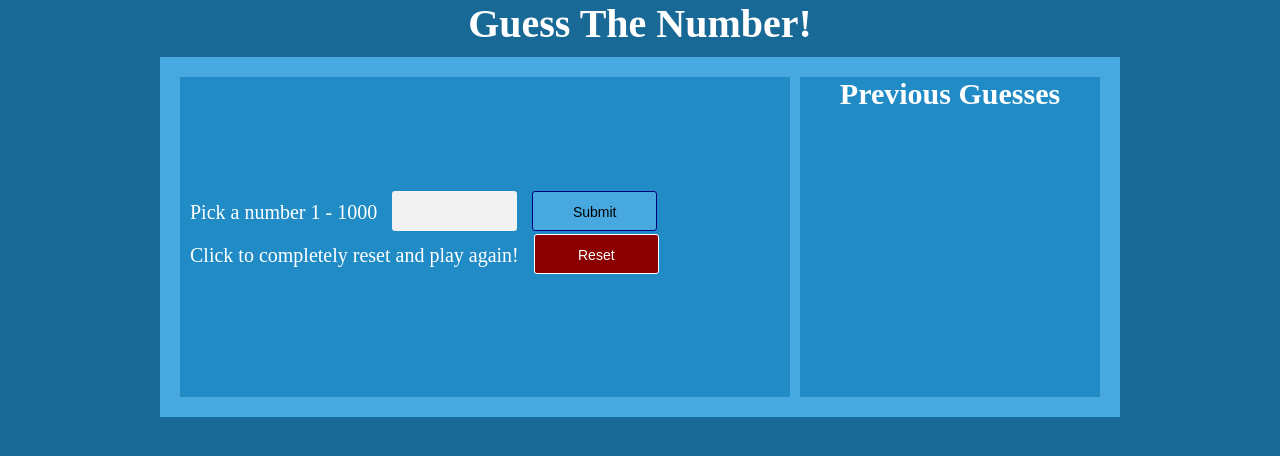
Repository: mlmEFSC21/P14-Guessing-Game
Page: guess.html
An editor plug-in stored every save of this project. The page is shown before and after the next save, followed by the edit.
The browser window is 1280 px wide. The pictures show the whole page.

Above is the page before, as saved 2022-03-19 14:36:26.

### guess.html
<!DOCTYPE html>
<html lang="en">
    <head>
        <meta charset="UTF-8" />
        <meta http-equiv="X-UA-Compatible" content="IE=edge" />
        <meta name="viewport" content="width=device-width, initial-scale=1.0" />
        <link rel="stylesheet" href="guess.css" />
        <script src="guess.js" defer></script>
        <title>Guessing Game</title>
    </head>
    <body>
        <header>
            <h1 class="pageTitle">Guess The Number!</h1>
        </header>
        <section>
            <div class="gameContainer" id="container">
                <div class="results" id="results">
                    <form action="#" class="inputForm">
                        <label for="guessInput">Pick a number 1 - 1000</label>
                        <input
                            type="text"
                            required
                            name="guessInput"
                            class="guessInput"
                            id="guessInput"
                        />
                        <input type="button" class="submitBtn" id="submitBtn" value="Submit" />
                        <label for="resetBtn">Click to completely reset and play again!</label>
                        <button type="reset" class="resetBtn" id="resetBtn" name="Reset">
                            Reset
                        </button>
                    </form>
                </div>
                <div class="guessesContainer" id="guessesContainer">
                    <h2>Previous Guesses</h2>
                    <ul class="guesses" id="guessList"></ul>
                </div>
            </div>
        </section>
    </body>
</html>

### guess.css
:root {
    --clr-primary: #218bc6;
    --clr-secondary: #48a9e0;
    --clr-tertiary: #196996;
}

*,
*::after,
*::before {
    box-sizing: border-box;
    margin: 0;
    padding: 0;
}
body {
    background-color: var(--clr-tertiary);
    color: white;
    font-size: 1.25rem;
}
.pageTitle {
    text-align: center;
}
.gameContainer {
    background-color: var(--clr-secondary);
    display: grid;
    max-width: 960px;
    height: 50vh;
    margin: 10px auto;
    padding: 20px;
    grid-template-columns: repeat(3, 1fr);
    grid-template-rows: repeat(3, 1fr);
    gap: 10px;
    align-items: center;
    justify-content: center;
}
.results {
    background-color: var(--clr-primary);
    display: flex;
    flex-direction: column-reverse;
    margin: 10px auto;
    padding: 10px;
    grid-column: 1 / 3;
    grid-row: 1 / 4;
    height: 100%;
    justify-content: center;
    align-items: center;
    overflow: hidden;
}
.inputForm {
    display: flex;
    flex-wrap: wrap;
}
label {
    margin-right: 15px;
    margin-block: 10px;
}
input {
    border: none;
    -webkit-appearance: none;
    -ms-appearance: none;
    -moz-appearance: none;
    appearance: none;
    background: #f2f2f2;
    padding: 12px;
    border-radius: 3px;
    width: 125px;
    height: 40px;
    outline: none;
    font-size: 14px;
}
button {
    border: solid 1px white;
    margin-bottom: 10px;
    padding: 12px;
    border-radius: 3px;
    width: 125px;
    height: 40px;
    outline: none;
    font-size: 14px;
}
.submitBtn {
    background: var(--clr-secondary);
    border: solid 0.5px navy;
    margin-left: 15px;
}
.submitBtn:hover {
    background: #44b3db;
}
.resetBtn {
    background: darkred;
    color: white;
}
.resetBtn:hover {
    background: red;
}
.guessesContainer {
    background-color: var(--clr-primary);
    display: flex;
    flex-direction: column;
    height: 100%;
    grid-row: 1 / 4;
    align-items: center;
    overflow: hidden;
}

### guess.js
let randomNumber = Math.floor(Math.random() * 1000 + 1);
let guesses = [];

const guessInput = document.getElementById("guessInput");
const resultsDiv = document.getElementById("results");
const submitButton = document.getElementById("submitBtn");
const resetButton = document.getElementById("resetBtn");
const p = document.createElement("p");
const ul = document.getElementById("guessList");
const li = document.createElement("li");
const guessesContainer = document.getElementById("guessesContainer");
const h3 = document.createElement("h3");

//checks to see if the guess is higher, lower, or equal to
function checkGuess() {
    const currentGuess = Number(guessInput.value);
    if (currentGuess == randomNumber) {
        guesses.push(currentGuess);
        p.innerText = "Congratulations! You guessed the number!";
        resultsDiv.append(p);
        countGuesses();
    }
    if (currentGuess < randomNumber) {
        guesses.push(currentGuess);
        p.innerText = "Too low. Try again!";
        resultsDiv.append(p);
        trackGuesses();
    }
    if (currentGuess > randomNumber) {
        guesses.push(currentGuess);
        p.innerText = "Too high. Try again!";
        resultsDiv.append(p);
        trackGuesses();
    }
}
//tracks previous guess in a <ul>. Removes <li> and populates from guesses[] each time.
function trackGuesses() {
    while (ul.hasChildNodes()) {
        ul.removeChild(ul.firstChild);
    }
    for (i = 0; i <= guesses.length - 1; i++) {
        let li = document.createElement("li");
        li.innerText = guesses[i];
        ul.appendChild(li);
    }
}

//counts how many guesses. Uses array length.
function countGuesses() {
    let numOfGuesses = guesses.length;
    h3.innerText = `It took you ${numOfGuesses} guesses!`;
    guessesContainer.append(h3);
}
// creates a new random number for replay
function newRNG() {
    randomNumber = Math.floor(Math.random() * 10 + 1);
}
//resets the game completely.
function resetGame() {
    p.innerText = "";
    resultsDiv.append(p);
    while (ul.hasChildNodes()) {
        ul.removeChild(ul.firstChild);
    }
    h3.remove();
    guesses = [];
    newRNG();
    console.log(randomNumber);
}

submitButton.addEventListener("click", checkGuess);
resetButton.addEventListener("click", resetGame);
//logging random number for debugging. DELETE LATER
console.log(randomNumber);
console.log(guesses);

After the next save:
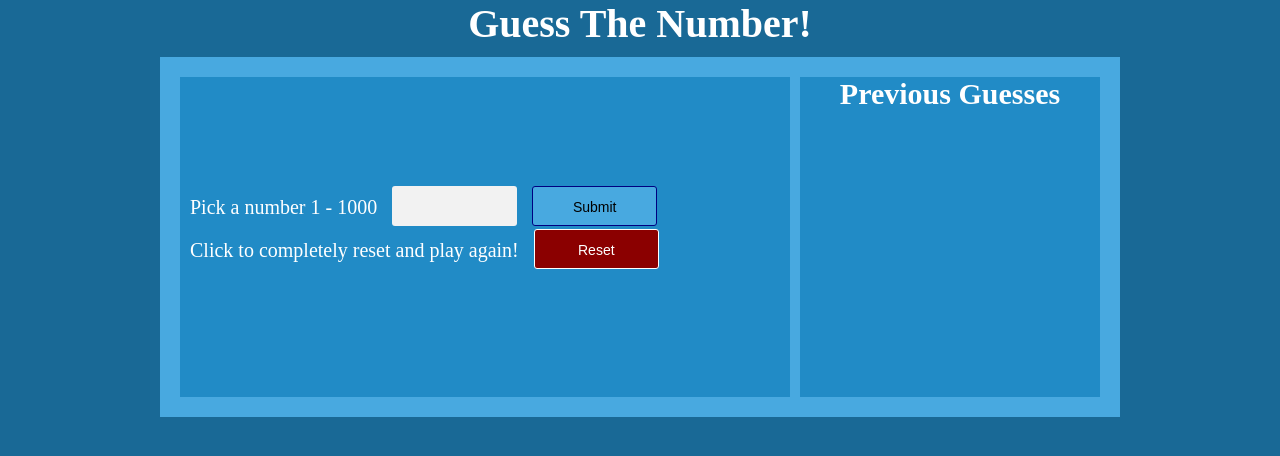
Saved 109 s later.
--- a/guess.css
+++ b/guess.css
@@ -44,6 +44,9 @@
     justify-content: center;
     align-items: center;
     overflow: hidden;
+}
+.results > * {
+    margin-bottom: 10px;
 }
 .inputForm {
     display: flex;
